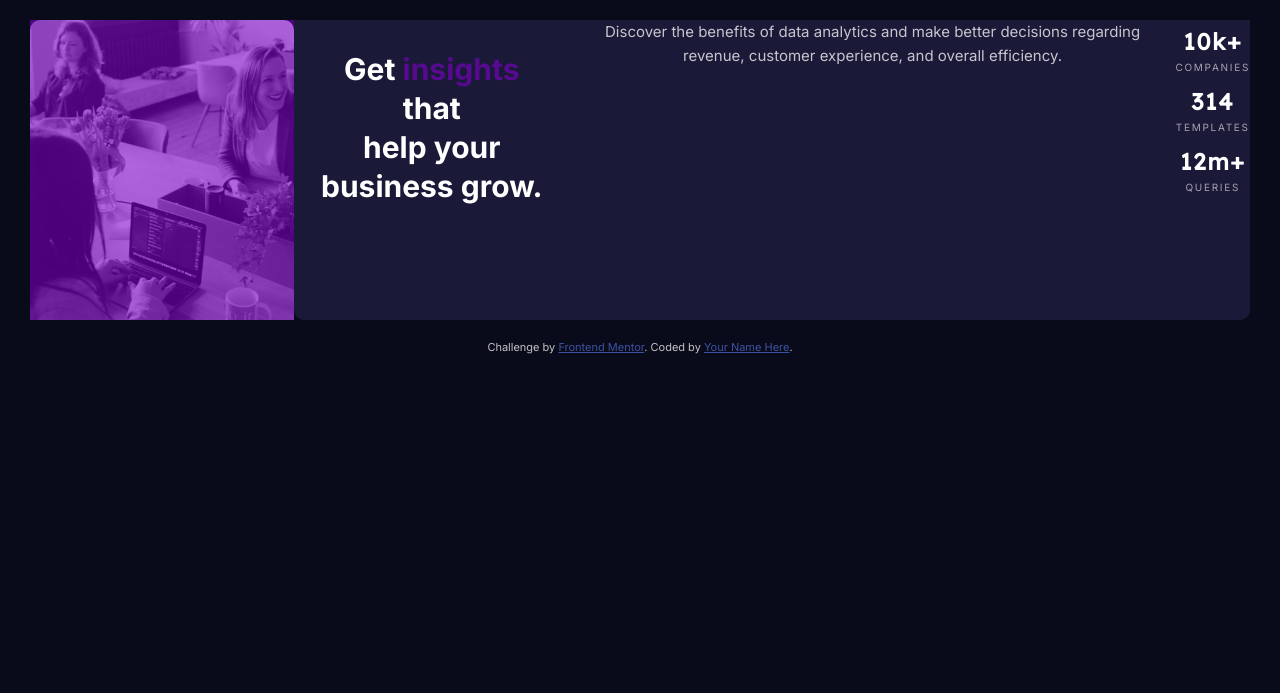
Repository: DejV44/stats-preview-card-component-main
Page: index.html
An editor plug-in stored every save of this project. The page is shown before and after the next save, followed by the edit.
The browser window is 1280 px wide. The pictures show the whole page.
The style sheet was rebuilt from its Sass, Less or Tailwind sources for each picture, by a compiler version that may differ from the author's.

Above is the page before, as saved 2021-07-09 12:57:16.

### index.html
<!DOCTYPE html>
<html lang="en">
<head>
  <meta charset="UTF-8">
  <meta name="viewport" content="width=device-width, initial-scale=1.0"> <!-- displays site properly based on user's device -->

  <link rel="icon" type="image/png" sizes="32x32" href="./images/favicon-32x32.png">
  <link rel="stylesheet" href="/css/style.css">


  <title>Frontend Mentor | Stats preview card component</title>
</head>
<body>
  <div class="container">
    <div class="picture">
      <div class="overlay"></div>
    </div>
    <div class="card">
      <h1>Get <span>insights</span> that <br>help your business grow.</h1>

      <p>Discover the benefits of data analytics and make better decisions regarding revenue, customer
      experience, and overall efficiency.</p>

      <ul>
        <li><span>10k+</span> companies</li>
        <li><span>314</span> templates</li>
        <li><span>12m+</span> queries</li>
      </ul>
    </div>
  </div>


  <div class="attribution">
    Challenge by <a href="https://www.frontendmentor.io?ref=challenge" target="_blank">Frontend Mentor</a>.
    Coded by <a href="#">Your Name Here</a>.
  </div>
</body>
</html>

### css/style.scss
$mainBackground: hsl(233, 47%, 7%);
$cardBackground: hsl(244, 38%, 16%);
$accent: hsla(277, 100%, 40%, 0.589);

$mainHeading: hsl(0, 0%, 100%);
$mainParagraph: hsla(0, 0%, 100%, 0.75);
$statHeadings: hsla(0, 0%, 100%, 0.6);

@import url("https://fonts.googleapis.com/css2?family=Inter:wght@400;700&display=swap");

@import url("https://fonts.googleapis.com/css2?family=Lexend+Deca&display=swap");

* {
  margin: 0;
  padding: 0;
  box-sizing: border-box;
}

body {
  font-family: "Inter", sans-serif;
  font-size: 15px;
  background-color: $mainBackground;

  .container {
    margin: 20px 30px;
    border-radius: 10px;
    .picture {

      border-radius: 10px 10px 0 0;
      background: url("/images/image-header-mobile.jpg");
      background-position: center;
      background-size: cover;
      background-repeat: no-repeat;
      height: 300px;

      .overlay {
        background-color: $accent;
        background-size: cover;
        height: 300px;
      }
    }

    .card {
        border-radius: 0 0 10px 10px;
        background: $cardBackground;
        text-align: center;

        h1 {
            margin: 0 auto;
            padding: 30px 25px;
            color: $mainHeading;
            text-align: center;
            line-height: 1.3;
            span {
                color: $accent;
                line-height: 1.3;
            }
        }
        p {
          color: $mainParagraph;
          padding: 0 20px 20px 20px;
          margin-bottom: 15px;
          line-height: 24px;
        }

        ul {
          padding-bottom: 15px;
          font-size: 10px;
          letter-spacing: 1.7px;
          color: $statHeadings;
          li {
            list-style: none;
            text-transform: uppercase;
            padding: 7px 0;


            span {
              padding-bottom: 5px;
              display: block;
              text-transform: lowercase;
              font-family: "lexend Deca" ,sans-serif;
              font-weight: 700;
              font-size: 23px;
              color: $mainHeading;
            }
          }
        }
    }
  }

  .attribution {
    font-size: 11px;
    text-align: center;
    color: $mainParagraph;

    a {
      color: hsl(228, 45%, 44%);
    }
  }
}

@media (min-width:768px) {
  body {



    .container {
      display: flex;
      justify-content: center;
      flex-wrap: nowrap;

      .picture {
        flex-grow: 0;
        align-content: flex-end;
        width: 400px;

      }

      .card {
        display: flex;
        height: 300px;
        width: 300;

      }
    }
  }
}

After the next save:
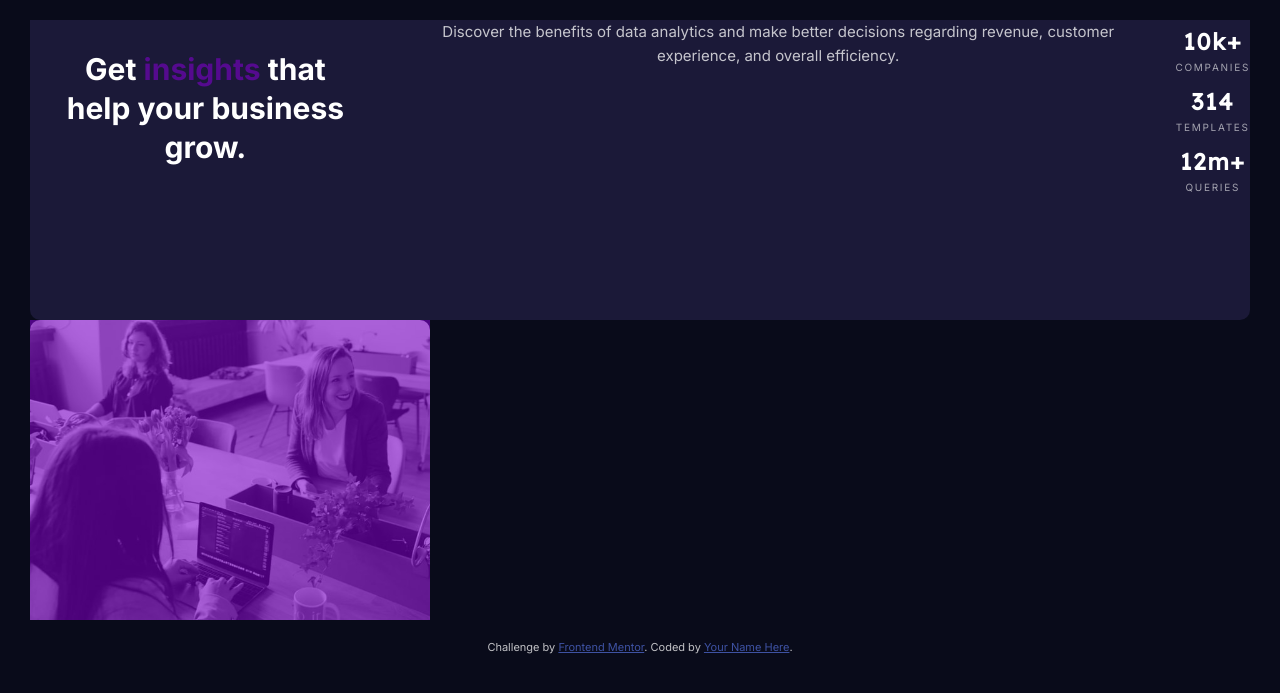
Saved 113 s later.
--- a/css/style.scss
+++ b/css/style.scss
@@ -106,6 +106,7 @@ body {
 
     .container {
       display: flex;
+      flex-direction: column-reverse;
       justify-content: center;
       flex-wrap: nowrap;
 
